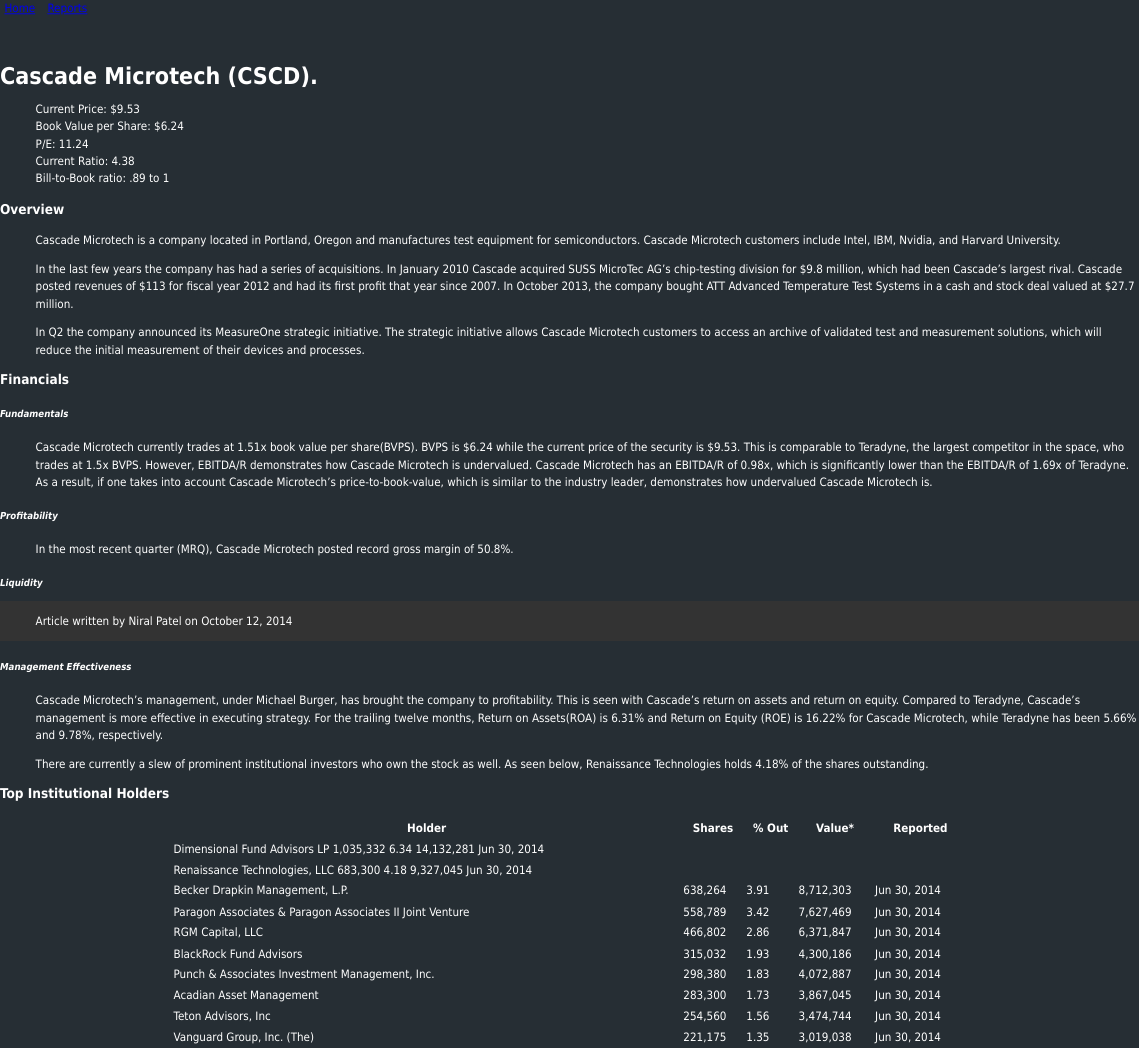
Repository: MilapNaik/Sharpereturns
Page: reports.html
The author's editor kept a record of every edit. The page is drawn from the files as they stood at one moment, then again after the next edit.
The browser window is 1280 px wide. The pictures show the whole page, at 89% of full size.

Above is the page before.

### reports.html
<!DOCTYPE html>
<html>
<head>
<meta charset="UTF-8">

	<title>Stock Reviews</title>

	<link rel="stylesheet" type="text/css" href="style.css"/>

	<!--[if lt IE 9]>
  	<script src="http://html5shiv.googlecode.com/svn/trunk/html5.js"></script>
  	<![endif]-->
</head>
<body>
	<nav>
	<ul>
		<li><a href="/index.html">Home</a></li>
		<li><a href="/reports.html">Reports</a></li>
	</ul>
	</nav>
	<br>
	<br>


	<h1>Cascade Microtech (CSCD).</h1>

	<p>
	Current Price: $9.53<br>
	Book Value per Share: $6.24<br>
	P/E: 11.24<br>
	Current Ratio: 4.38<br>
	Bill-to-Book ratio: .89 to 1<br>
	</p>

	<h3>Overview</h3>
	<p>
		Cascade Microtech is a company located in Portland, Oregon
	and manufactures test equipment for semiconductors. Cascade
	Microtech customers include Intel, IBM, Nvidia, and Harvard
	University.
	</p>

	<p>
	In the last few years the company has had a series of acquisitions.
	In January 2010 Cascade acquired SUSS MicroTec AG’s chip-testing
	division for $9.8 million, which had been Cascade’s largest rival.
	Cascade posted revenues of $113 for fiscal year 2012 and had its
	first profit that year since 2007. In October 2013, the company
	bought ATT Advanced Temperature Test Systems in a cash and stock deal
	valued at $27.7 million.
	</p>

	<p>
	In Q2 the company announced its MeasureOne strategic initiative.
	The strategic initiative allows Cascade Microtech customers to
	access an archive of validated test and measurement solutions,
	which will reduce the initial measurement of their devices and
	processes.
	</p>

	<h3>Financials</h3>

	<h5>Fundamentals</h5>
	<p>
	Cascade Microtech currently trades at 1.51x book value per
	share(BVPS). BVPS is $6.24 while the current price of the security
	is $9.53. This is comparable to Teradyne, the largest competitor
	in the space, who trades at 1.5x BVPS. However, EBITDA/R demonstrates
	how Cascade Microtech is undervalued. Cascade Microtech has an
	EBITDA/R of 0.98x, which is significantly lower than the EBITDA/R
	of 1.69x of Teradyne. As a result, if one takes into account
	Cascade Microtech’s price-to-book-value, which is similar to the
	industry leader, demonstrates how undervalued Cascade Microtech is.
	</p>

	<h5>Profitability </h5>
	<p>
	In the most recent quarter (MRQ), Cascade Microtech posted record
	gross margin of 50.8%.
	</p>

	<h5>Liquidity</h5>
	<p>
	According to the MRQ, Cascade Microtech boasts a current ratio of 4.38x.
	This is impressive as Cascade Microtech has boosted R&D expenditure.
	In addition, it is relatively higher when compared to Teradyne’s current
	ratio of 3.75x.
	</p>

	<h5>Management Effectiveness</h5>
	<p>
	Cascade Microtech’s management, under Michael Burger, has brought the
	company to profitability. This is seen with Cascade’s return on assets
	and return on equity. Compared to Teradyne, Cascade’s management is more
	effective in executing strategy. For the trailing twelve months, Return
	on Assets(ROA) is 6.31% and Return on Equity (ROE) is 16.22% for Cascade
	Microtech, while Teradyne has been 5.66% and 9.78%, respectively.
	</p>

	<p>
	There are currently a slew of prominent institutional investors who
	own the stock as well. As seen below, Renaissance Technologies holds
	4.18% of the shares outstanding.
	</p>

	<h3>Top Institutional Holders</h3>

<table id = "holders">
  	<th>
	Holder
	</th>
	<th>
	Shares
	</th>
	<th>
	% Out
	</th>
	<th>
	Value*
	</th>
	<th>
	Reported
	</th>
	<tr>
		<td>
		Dimensional Fund Advisors LP
		1,035,332
		6.34
		14,132,281
		Jun 30, 2014
	<tr>
		<td>
		Renaissance Technologies, LLC
		683,300
		4.18
		9,327,045
		Jun 30, 2014
	<tr>
		<td>Becker Drapkin Management, L.P.</td>
		<td>638,264</td>
		<td>3.91</td>
		<td>8,712,303</td>
		<td>Jun 30, 2014</td>
	</tr>
	<tr>
		<td>Paragon Associates & Paragon Associates II Joint Venture</td>
		<td>558,789</td>
		<td>3.42</td>
		<td>7,627,469</td>
		<td>Jun 30, 2014</td>
	</tr>
	<tr>
		<td>RGM Capital, LLC</td>
		<td>466,802</td>
		<td>2.86</td>
		<td>6,371,847</td>
		<td>Jun 30, 2014</td>
	</tr>
	<tr>
		<td>BlackRock Fund Advisors</td>
		<td>315,032</td>
		<td>1.93</td>
		<td>4,300,186</td>
		<td>Jun 30, 2014</td>
	</tr>
	<tr>
		<td>Punch & Associates Investment Management, Inc.</td>
		<td>298,380</td>
		<td>1.83</td>
		<td>4,072,887</td>
		<td>Jun 30, 2014</td>
	</tr>
	<tr>
		<td>Acadian Asset Management</td>
		<td>283,300</td>
		<td>1.73</td>
		<td>3,867,045</td>
		<td>Jun 30, 2014</td>
	</tr>
	<tr>
		<td>Teton Advisors, Inc</td>
		<td>254,560</td>
		<td>1.56</td>
		<td>3,474,744</td>
		<td>Jun 30, 2014</td>
	</tr>
	<tr>
		<td>Vanguard Group, Inc. (The)</td>
		<td>221,175</td>
		<td>1.35</td>
		<td>3,019,038</td>
		<td>Jun 30, 2014</td>
	</tr>
</table>


</body>
<footer>
	<p class="date">Article written by Niral Patel on October 12, 2014</p>
</footer>
</html>

### style.css
header, section, footer, aside, nav, main, article, figure {
    display: block;
}

body {
    margin: 0;
    padding: 0;
    color: #FFFFFF;
    font-family: Tahoma, Geneva, sans-serif;
    font-size: 13px;
    line-height: 1.5em;
    background-color: #262e34;

}
nav ul {
    margin:0;
    padding:0;

}
nav ul li {
    display:inline;
    margin:5px;

}

h3{
   font-weight:bold;
}

h5{
   font-style: italic;
}

p{
    margin-left: 40px;
}

#holders {
width:70%;
margin-left:15%;
margin-right:15%;
}

footer {
    background-color: #333;
    width: 100%;
    bottom: 0;
    position: fixed;
}

.date{
    position: absoulte;
    right: 0px;
    bottom: 0px;
}

After the next edit:
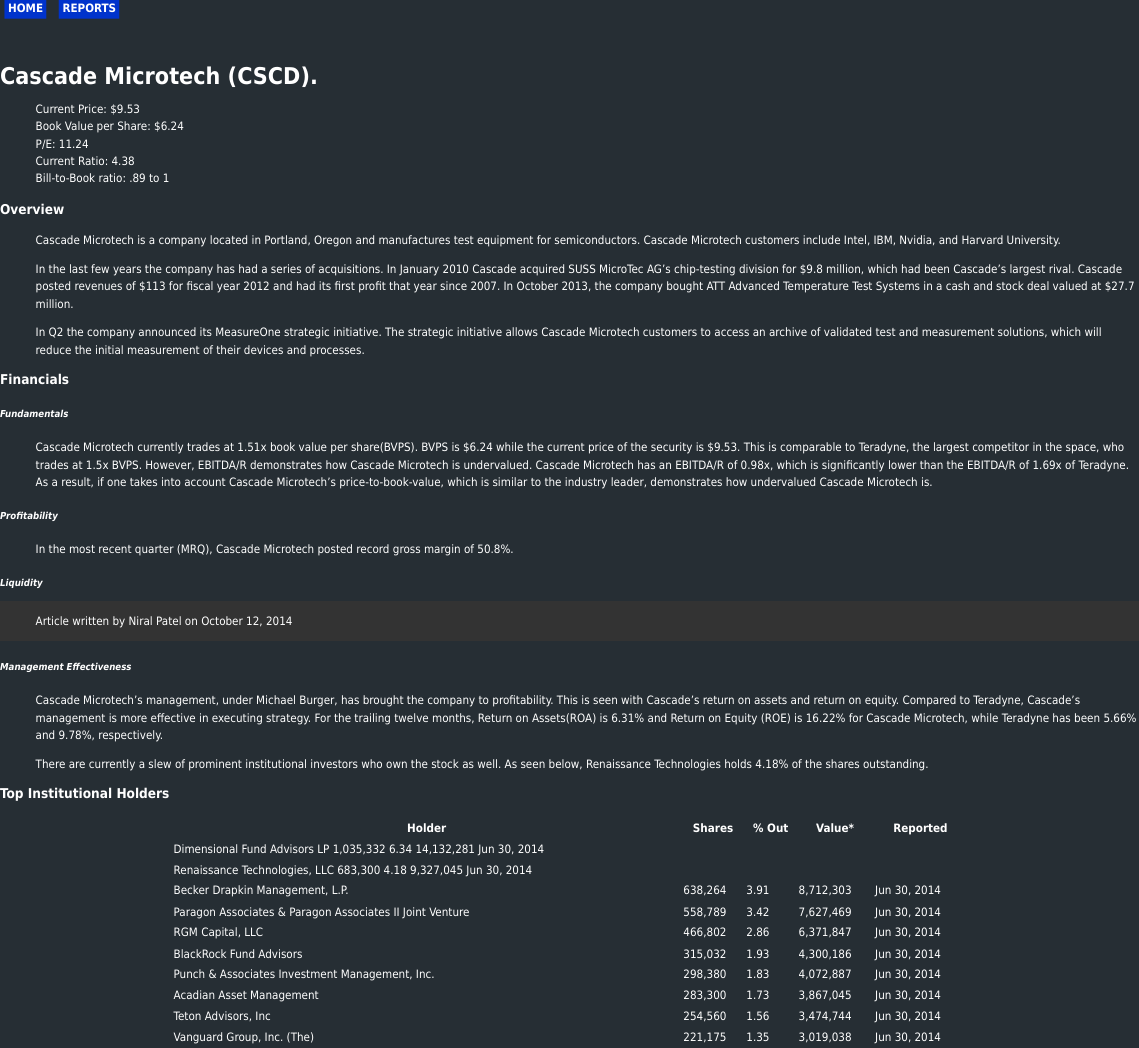
The edit:
--- a/style.css
+++ b/style.css
@@ -21,6 +21,18 @@
     display:inline;
     margin:5px;
 
+}
+
+nav a:link, a:visited {
+    /*display: block;*/
+    width: 135px;
+    font-weight: bold;
+    color: #FFFFFF;
+    background-color: #0033CC;
+    text-align: center;
+    padding: 4px;
+    text-decoration: none;
+    text-transform: uppercase;
 }
 
 h3{
